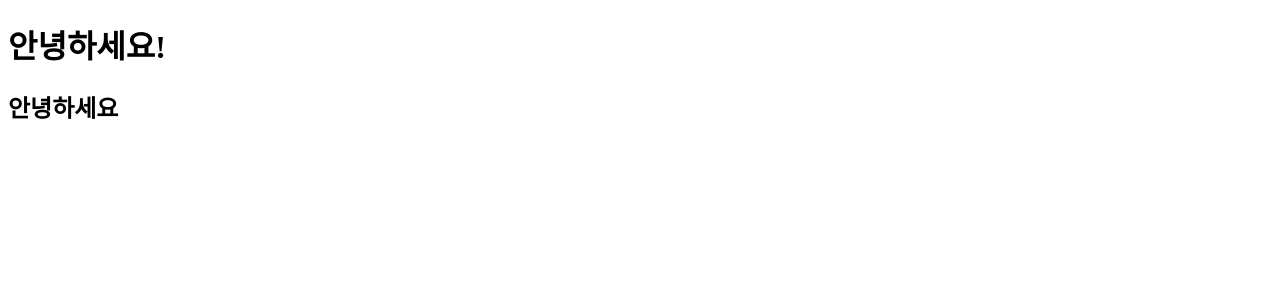
Repository: kmg8138/java
Page: 2020.04.03/ex02/WebContent/ex01.html
An editor plug-in stored every save of this project. The page is shown before and after the next save, followed by the edit.
The browser window is 1280 px wide. The pictures show the whole page.

Above is the page before, as saved 2020-04-03 07:36:37.

After the next save:
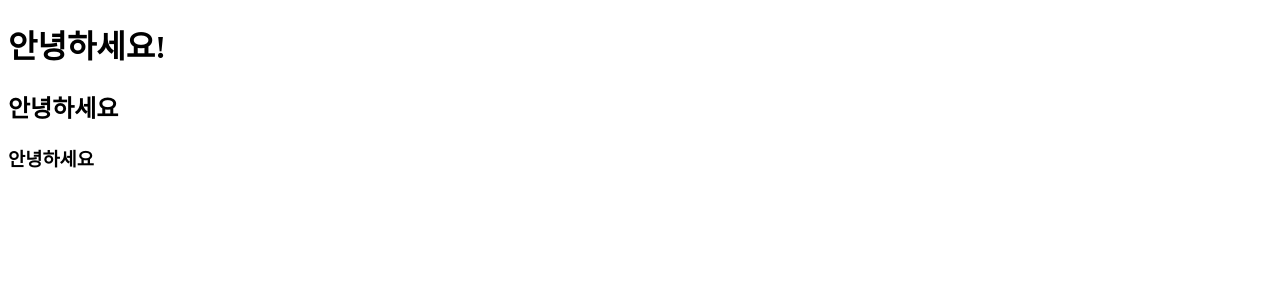
Saved 68 s later.
--- a/2020.04.03/ex02/WebContent/ex01.html
+++ b/2020.04.03/ex02/WebContent/ex01.html
@@ -7,5 +7,6 @@
 <body>
 	<h1>안녕하세요!</h1>
 	<h2>안녕하세요</h2>
+	<h3>안녕하세요</h3>
 </body>
 </html>
